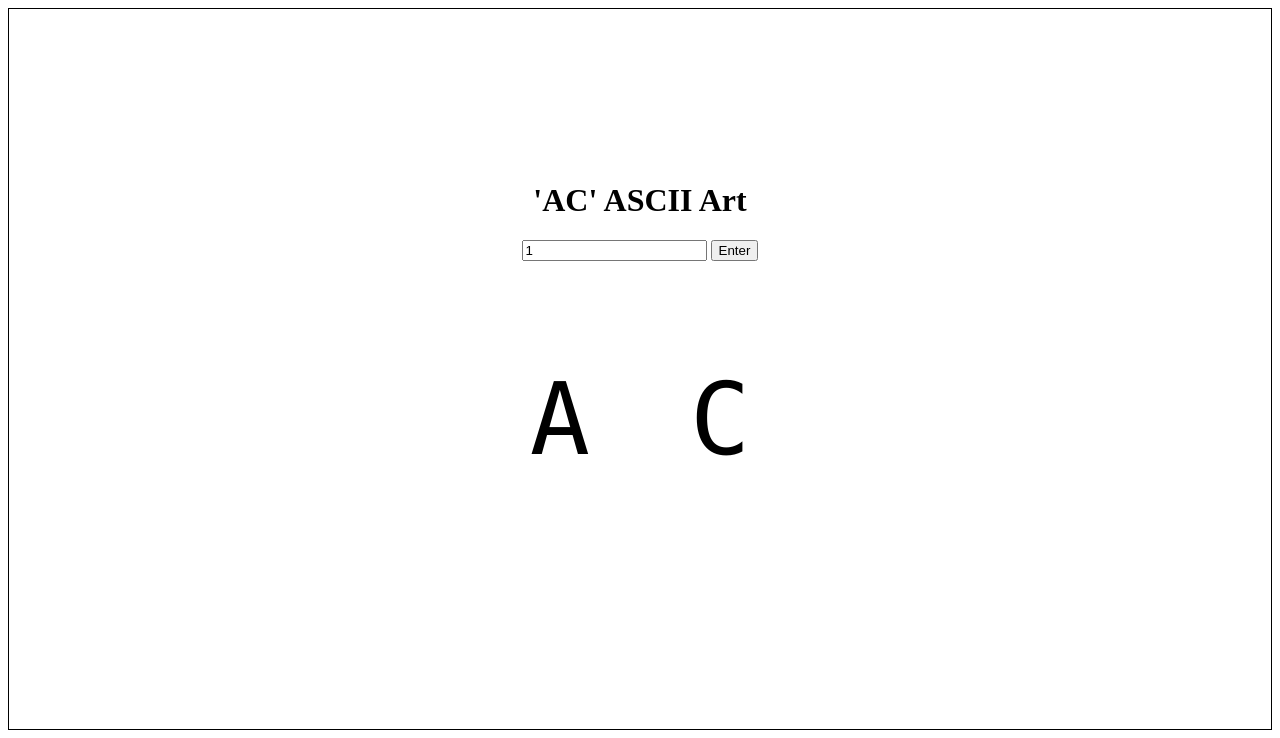
Repository: Achorn/ascii-art
Page: index.html
These files come from the project's save history. The page is drawn as it stood at one moment and after the next save; the edit follows.
The browser window is 1280 px wide. The pictures show the whole page.

Above is the page before, as saved 2021-08-10 17:29:11.

### index.html
<!DOCTYPE html>
<html lang="en">
  <head>
    <link rel="stylesheet" href="styles.css" />
    <meta charset="UTF-8" />
    <meta http-equiv="X-UA-Compatible" content="IE=edge" />
    <meta name="viewport" content="width=device-width, initial-scale=1.0" />
    <title>Ascii Art Exercise</title>
  </head>
  <body>
    <h1>'AC' ASCII Art</h1>
    <div>
      <input id="scale-input" type="number" min="1" value="1" />
      <button id="myBtn" onclick="handlePress()">Enter</button>
    </div>
    <div id="ascii-container">
      <div id="a-container">
        <p id="mono-a" style="font-family: 'Lucida Console', monospace">A</p>
      </div>
      <div id="c-container">
        <p id="mono-c" style="font-family: 'Lucida Console', monospace">C</p>
      </div>
    </div>
    <script type="text/javascript" src="myscripts.js"></script>
  </body>
</html>

### styles.css
body {
  border: 1px solid black;
  display: flex;
  flex-direction: column;
  justify-content: center;
  align-items: center;
  height: 100vh;
}

form {
  border: 2px solid grey;
  height: 500px;
  /* width: 400px; */
  text-align: center;
}

#ascii-container {
  display: flex;
}

#a-container {
  /* background-color: pink; */
}
#c-container {
  /* background-color: pink; */
}
#mono-a {
  font-size: 100px;
  padding: 0px 50px 0px 50px;
  white-space: pre;
}
#mono-c {
  font-size: 100px;
  padding: 0px 50px 0px 50px;
  white-space: pre;
}

### myscripts.js
let monoA = document.getElementById("mono-a");
let monoC = document.getElementById("mono-c");
let scaleInput = document.getElementById("scale-input");

//manual inputs for <= 4

let aMinis = {
  one: ["A"],
  two: [
    [" ", "A", " "],
    ["A", " ", "A"],
  ],
  three: [
    [" ", " ", "A", " ", " "],
    [" ", "A", "A", "A", " "],
    ["A", " ", " ", " ", "A"],
  ],
};
let cMinis = {
  one: ["C"],
  two: [["C"], ["C"]],

  three: [
    [" ", "C", "C", "C"],
    ["C", " ", " ", " "],
    [" ", "C", "C", "C"],
  ],
};

let fourA = [
  [" ", " ", " ", "A"],
  [" ", " ", "A", " "],
  [" ", "A", "A", "A"],
  ["A", " ", " ", " "],
];
let fourC = [
  [" ", "C", "C", "C", " "],
  ["C", " ", " ", " ", " "],
];

//Scaling and Converting arrays to strings

function scaleConcat(array, factor) {
  let scaled = [];

  for (const row of array) {
    let x = [];
    for (const item of row) x = x.concat(Array(factor).fill(item));
    scaled = scaled.concat(Array(factor).fill(x));
  }

  return scaled;
}

function arrToString(arr) {
  let string = "";
  if (arr.length == 1) {
    string += arr.join("") + "<br>";
    return string;
  }
  for (let i = 0; i < arr.length; i++) {
    string += arr[i].join("") + "<br>";
  }
  return string;
}

// The 'A' character is symmetrical so array contains 1/2 of character
// this saves space and time.
function halfAToString(arr) {
  let string = "";
  for (let i = 0; i < arr.length; i++) {
    string += arr[i].join("");
    let rev = arr[i].slice();
    string += rev.reverse().join("");
    string += "<br>";
  }
  return string;
}

// The 'C' character is symmetrical so array contains 1/2 of the character.
// this saves space and time.
function halfCToString(arr, padding) {
  let string = "";
  for (let i = 0; i < arr.length; i++) {
    string += arr[i].join("");
    string += "<br>";
  }
  for (let i = 0; i < padding.length; i++) {
    string += padding[i].join("");
    string += "<br>";
  }
  for (let i = arr.length - 1; i >= 0; i--) {
    string += arr[i].join("");
    string += "<br>";
  }
  return string;
}

//Functions to smooth out characters to look less blocky
function trimA(arr, lWidth) {
  for (i = 0; i < arr.length; i++) {
    let disp = lWidth - (i % lWidth) - 1;
    let newArr = arr[i].slice();
    for (let j = 0; j < disp; j++) {
      newArr.pop();
      newArr.unshift(" ");
    }
    arr[i] = newArr;
  }
}

function trimC(arr, lWidth) {
  for (i = 0; i < lWidth; i++) {
    let newArr = arr[i].slice();
    for (let j = 0; j < i * 2; j++) {
      newArr.splice(newArr.length / 2, 0, "C");
    }
    for (let j = 0; j < i; j++) {
      newArr.pop();
      newArr.shift();
    }
    arr[i] = newArr;
  }
}

//Padding Functions

//When height is not a multiple of 4, we take the closest multiple of 4 that is less than selected height.
//then pad the center or edges of array

function padA(arr, padding, scale) {
  for (let i = 0; i < padding; i++) {
    //if pad is even
    if (i % 2 != 0) {
      arr.forEach((subArr) => subArr.push(subArr[subArr.length - 1]));
      //add top layer with spaces till the end
      let topArr = [];
      for (let i = 0; i < arr[0].length - 1; i++) {
        topArr.push(" ");
      }
      topArr.push("A");
      arr.unshift(topArr);

      //remove thick bottom line in center
      arr[scale][arr[scale].length - 1] = " ";
    } else {
      // if pad is odd
      let newLine = [...arr[arr.length - 1]];
      //add space to end
      newLine.push(" ");
      //add spaces to beginning of each array
      for (let j = 0; j < arr.length; j++) {
        arr[j].unshift(" ");
      }

      // push new bottom to array
      arr.push(newLine);
    }
  }
}
function padJoinC(arr, padding) {
  //vertical height padding
  let pad = [];
  for (let i = 0; i < padding; i++) {
    pad.push(arr[arr.length - 1]);
    for (let i = 0; i < arr.length; i++) {
      arr[i].splice(arr[i].length / 2, 0, arr[i][arr.length / 2]);
    }
  }

  return halfCToString(arr, pad);
}

function getMinis(height) {
  return height == 1
    ? [aMinis.one, cMinis.one]
    : height == 2
    ? [aMinis.two, cMinis.two]
    : [aMinis.three, cMinis.three];
}

//Main Function for inputs

function scaleLetters(height) {
  let scaledA, scaledC;
  let padding = height % 4;
  let scale = (height - padding) / 4;

  if (height < 4) {
    [scaledA, scaledC] = getMinis(height);
    scaledA = arrToString(scaledA);
    scaledC = arrToString(scaledC);
  } else {
    console.log("height: ", height, " padding: ", padding, " scale: ", scale);

    //scale letters
    scaledA = fourA.map((arr) => arr.slice());
    scaledC = fourC.map((arr) => arr.slice());
    scaledA = scaleConcat(scaledA, scale);
    trimA(scaledA, scale);
    scaledC = scaleConcat(scaledC, scale);
    trimC(scaledC, scale);

    //add the appropriate padding between the factors of 4 either 0-3
    scaledC = padJoinC(scaledC, padding);
    padA(scaledA, padding, scale);
    scaledA = halfAToString(scaledA);
  }

  //dinamically scale font size
  monoA.style.fontSize = `${60 / scale + 1}px`;
  monoC.style.fontSize = `${60 / scale + 1}px`;

  monoA.innerHTML = scaledA;
  monoC.innerHTML = scaledC;
}

//basic html event listeners
scaleInput.addEventListener("keyup", function (event) {
  if (event.keyCode === 13) {
    event.preventDefault();
    document.getElementById("myBtn").click();
  }
});

function handlePress() {
  let scale = scaleInput.value;
  scaleLetters(scale);
}

After the next save:
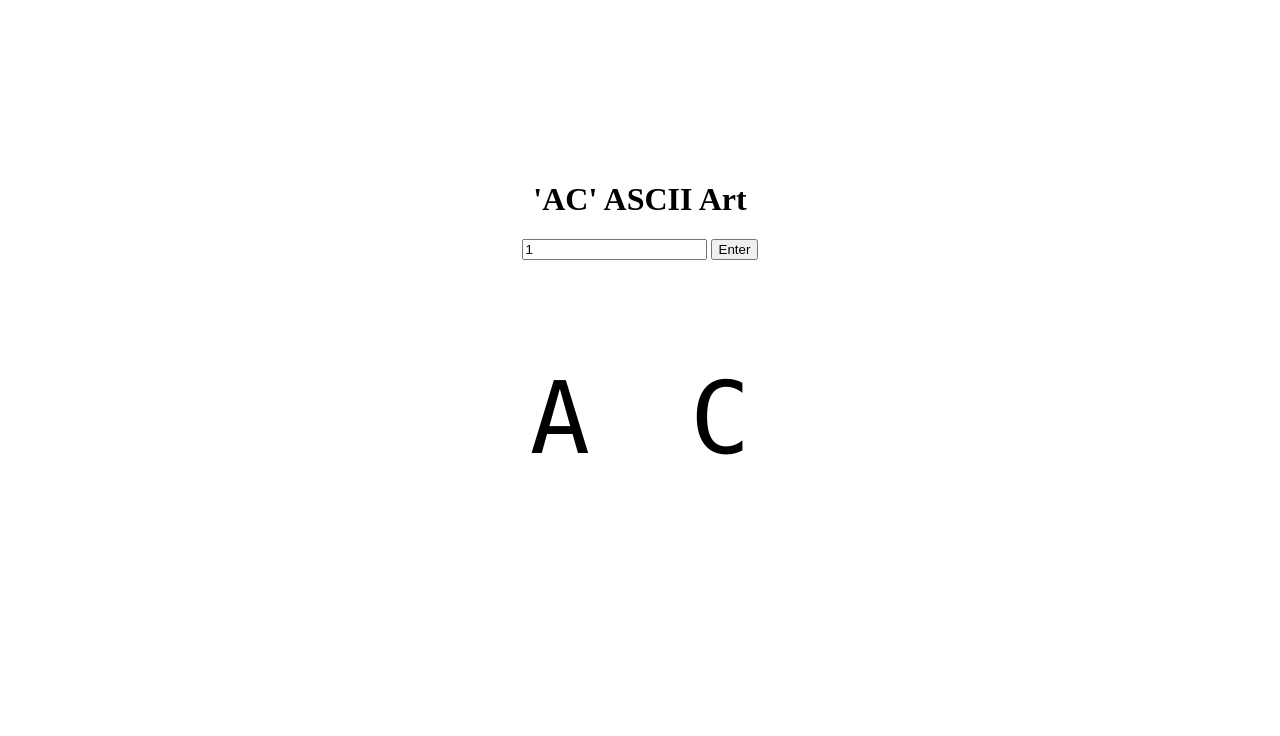
Saved 85 s later.
--- a/styles.css
+++ b/styles.css
@@ -1,17 +1,10 @@
 body {
-  border: 1px solid black;
+  /* border: 1px solid black; */
   display: flex;
   flex-direction: column;
   justify-content: center;
   align-items: center;
   height: 100vh;
-}
-
-form {
-  border: 2px solid grey;
-  height: 500px;
-  /* width: 400px; */
-  text-align: center;
 }
 
 #ascii-container {
